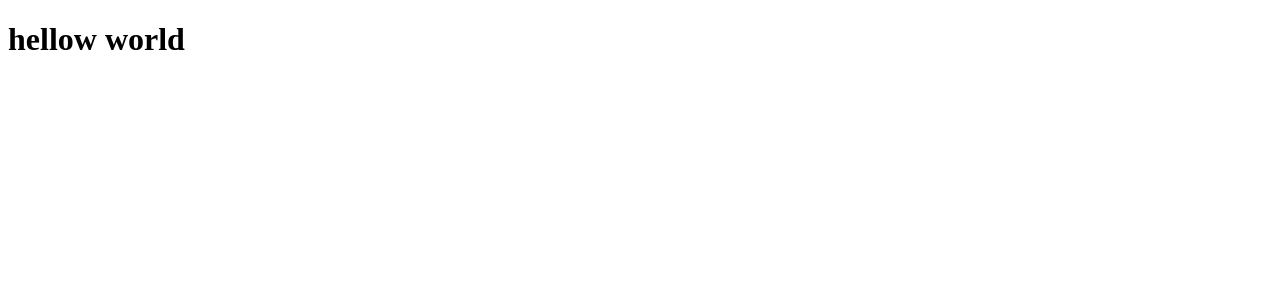
Repository: sihammohamud744-dotcom/javascript
Page: fst/javascript/DOM/index.html
An editor plug-in stored every save of this project. The page is shown before and after the next save, followed by the edit.
The browser window is 1280 px wide. The pictures show the whole page.

Above is the page before, as saved 2026-01-14 09:12:56.

After the next save:
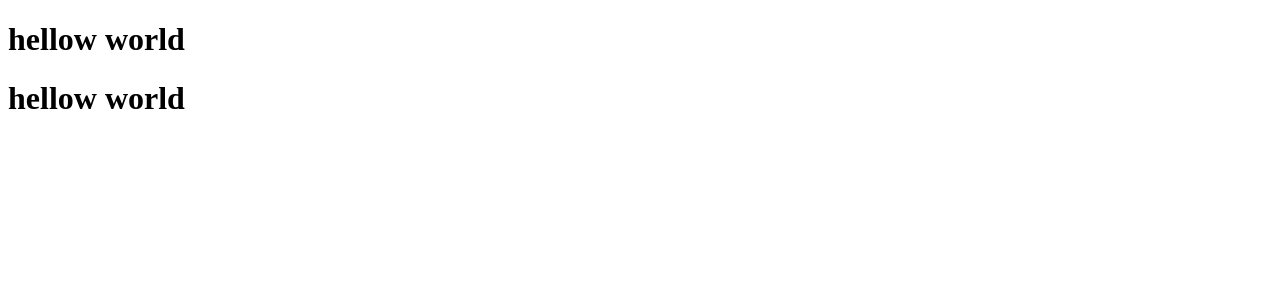
Saved 13 min 22 s later.
--- a/fst/javascript/DOM/index.html
+++ b/fst/javascript/DOM/index.html
@@ -6,6 +6,7 @@
     <title>Document</title>
 </head>
 <body>
+    <h1>hellow world</h1>
     <script src="script.js"></script>
 </body>
 </html>
